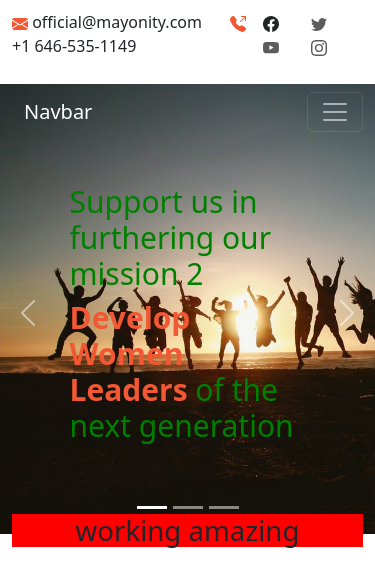
Repository: rizwan-zafar/wings
Page: /
The author's editor kept a copy of each file at every save. The page is drawn from the files as they stood at one save, then again after a run of saves.
The browser window is 375 px wide. The pictures show the whole page.
The project was rebuilt for these pictures with package versions that can differ from the ones it lists, and the page was loaded fresh each time.

Above is the page before, as saved 2022-11-27 17:15:32.

After the next 2 saves:
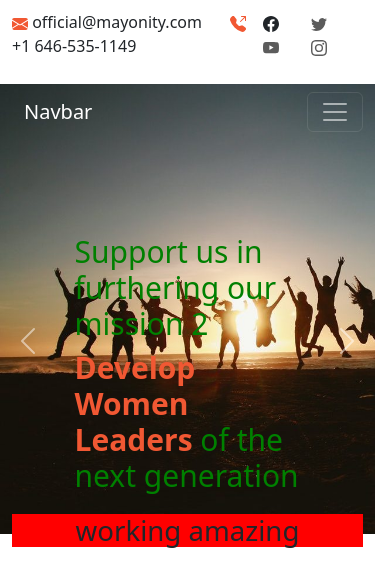
The 2 saves are shown as one change because they came seconds apart.
The last was saved 43 s later.
--- a/src/Css/Slider.css
+++ b/src/Css/Slider.css
@@ -74,8 +74,8 @@
         color:green
     }
     .set-slider .carousel-inner .carousel-item>div {
-        padding: 20px;
-        padding-top: 100px;
+        padding: 25px;
+        padding-top: 150px;
     }
     .set-slider .sliders-btn {
         padding-top:70px;
